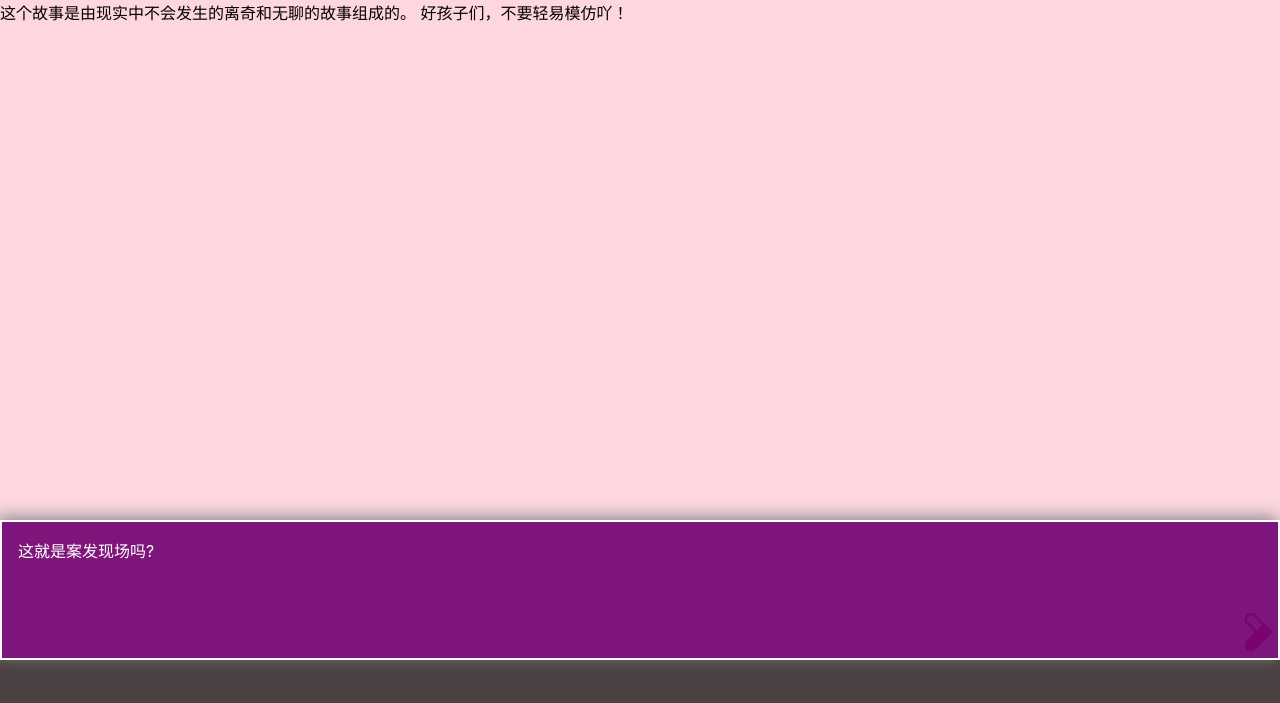
Repository: Jofali/reasoning-genius
Page: /
An editor plug-in stored every save of this project. The page is shown before and after the next save, followed by the edit.
The browser window is 1280 px wide. The pictures show the whole page.
The project was rebuilt for these pictures with package versions that can differ from the ones it lists, and the page was loaded fresh each time. Also part of the build but not shown: src/part1/part1.css, src/part1/part1.js, src/part2/part2.css, src/part2/part2.js.

Above is the page before, as saved 2019-05-22 17:21:44.

### public/index.html
<!DOCTYPE html>
<html lang="en">
  <head>
    <meta charset="utf-8" />
    <link rel="shortcut icon" href="%PUBLIC_URL%/favicon.ico" />
    <meta name="viewport" content="width=device-width, initial-scale=1" />
    <meta name="theme-color" content="#000000" />
    <!--
      manifest.json provides metadata used when your web app is installed on a
      user's mobile device or desktop. See https://developers.google.com/web/fundamentals/web-app-manifest/
    -->
    <link rel="manifest" href="%PUBLIC_URL%/manifest.json" />
    <!--
      Notice the use of %PUBLIC_URL% in the tags above.
      It will be replaced with the URL of the `public` folder during the build.
      Only files inside the `public` folder can be referenced from the HTML.

      Unlike "/favicon.ico" or "favicon.ico", "%PUBLIC_URL%/favicon.ico" will
      work correctly both with client-side routing and a non-root public URL.
      Learn how to configure a non-root public URL by running `npm run build`.
    -->
    <title>Reasoning Genius</title>
  </head>
  <body>
    <noscript>You need to enable JavaScript to run this app.</noscript>
    <div id="root"></div>
    <!--
      This HTML file is a template.
      If you open it directly in the browser, you will see an empty page.

      You can add webfonts, meta tags, or analytics to this file.
      The build step will place the bundled scripts into the <body> tag.

      To begin the development, run `npm start` or `yarn start`.
      To create a production bundle, use `npm run build` or `yarn build`.
    -->
  </body>
</html>

### src/index.css
body {
  margin: 0;
  font-family: -apple-system, BlinkMacSystemFont, "Segoe UI", "Roboto", "Oxygen",
    "Ubuntu", "Cantarell", "Fira Sans", "Droid Sans", "Helvetica Neue",
    sans-serif;
  -webkit-font-smoothing: antialiased;
  -moz-osx-font-smoothing: grayscale;
}

code {
  font-family: source-code-pro, Menlo, Monaco, Consolas, "Courier New",
    monospace;
}

#root {
  height: 100%;
}

*{
  padding: 0;
  margin: 0;
}

html,body {
  height: 100%;
}

### src/App.js
import React, { Component } from 'react';
import { CSSTransition } from 'react-transition-group';

import Part1 from './part1/part1';
import Part2 from './part2/part2';
import Title from './title/title';
import Inventory from './inventory/inventory';
import Begin from './begin/begin';

import './App.css';
import arrNext from './assets/arrnext.svg';

class App extends Component {
  constructor(props) {
    super(props);
    this.state = {
      content: <Begin />,
      arr: arrNext,
      arrStatus: "next",
      maxPartNum: 1,
      showPart: true
    };
    this.stepTo = this.stepTo.bind(this);
  }

  partNum = 0;
  timer = null;
  stepTo() {
    if(this.partNum === this.state.maxPartNum) {
      this.partNum = 0;
    } else {
      this.partNum += 1;
    }

    this.setshow(false);
    if(this.timer !== null) {
      clearTimeout(this.timer);
    }
    this.timer = setTimeout( () => {
      switch(this.partNum)
      {
        case 0:
          this.setState({ content: <Part1 /> })
          this.setState({ arrStatus: "next" });
          break;
        case 1:
          this.setState({ content: <Part2 /> })
          this.setState({ arrStatus: "prev" })
          break;
        default:
          this.setState({ content: <Begin /> })
      }
      this.setshow(true);
    }, 300);

  }

  setshow(bool) {
    this.setState({ showPart: bool })
  }

  componentDidMount() {

  }

  render() {
    return (
        <div className="App">
          <div className="arr" onClick={this.stepTo}>
            <img src={this.state.arr} className={this.state.arrStatus} alt=""/>
          </div>
          <CSSTransition
              in={this.state.showPart}
              timeout={300}
              classNames="alert"
              unmountOnExit
            >
              { this.state.content }
          </CSSTransition>
          <Title />
          <Inventory />
        </div>
    );
  }
}

export default App;

### src/title/title.js
import React from 'react';

import './title.css';
function Title() {
  const jiben = {
    begin:["这个故事是由现实中不会发生的离奇和无聊的故事组成的。", "好孩子们，", "不要轻易模仿吖！"],
    part1: {},
    part2: {},
    end: {
      'f': ["就这样，可怜的头戴内裤的男人因为冤罪被警察带走了。", "Game over."],
      't': ["就这样，真凶被警察带走了。", "Clear."]
    }
  };
  return (
    <div>
      <div className="title">
        <div className="title-content-wrap">
          这就是案发现场吗?
        </div>
      </div>
    </div>
  );
}

export default Title;

### src/inventory/inventory.js
import React from 'react';

import './inventory.css';
function Inventory() {
  return (
      <div className="inventory-content-wrap"></div>
  );
}

export default Inventory;

### src/begin/begin.js
import React from 'react';

import './title.css';
function Title() {
  return (
    <div>
      <div className="begin">
        <div className="begin-content-wrap">
          这个故事是由现实中不会发生的离奇和无聊的故事组成的。
          好孩子们，不要轻易模仿吖！
        </div>
      </div>
    </div>
  );
}

export default Title;

### src/App.css
.App {
  width: 100%;
  height: 100%;
  background: rgb(253,214,222);
  position: relative;
}

.App img {
  width: 100%;
}

.arr {
  position: fixed;
  bottom: 60px;
  right: 0;
  width: 3rem;
  z-index: 2;
}

.next {
  transform: rotate(0);
}

.prev {
  transform: rotate(180deg);
}

.arr img {
  max-width: 100%;
  transition: all .3s;
}

.alert-enter {
  opacity: 0;
}
.alert-enter-active {
  opacity: 1;
  transform: translateX(0);
  transition: opacity 300ms, transform 300ms;
}
.alert-exit {
  opacity: 1;
}
.alert-exit-active {
  opacity: 0;
  transition: opacity 300ms, transform 300ms;
}

### src/title/title.css
.title {
  position: fixed;
  width: 100%;
  height: 100%;
  z-index: 10;
  top: 0;
}

.title-content-wrap {
  width: 100%;
  height: 140px;
  position: absolute;
  bottom: 60px;
  border: 2px solid #fff;
  box-shadow: -3px -3px 15px #888888;
  background: rgba(112, 1, 112, 0.9);
  color: #fff;
  box-sizing: border-box;
  padding: 1rem;
}

### src/inventory/inventory.css
.inventory-content-wrap {
  width: 100%;
  height: 60px;
  position: absolute;
  bottom: 0;
  background: rgba(0,0,0,0.7);
  color: pink;
  box-sizing: border-box;
  padding: 1rem;
}

### src/begin/begin.css
.begin {
  width: 100%;
  height: 100%;
  background: rgb(59, 59, 59);
  color: #fff;
}

Loaded but not shown: src/index.js (common file); src/serviceWorker.js (common file)

After the next save:
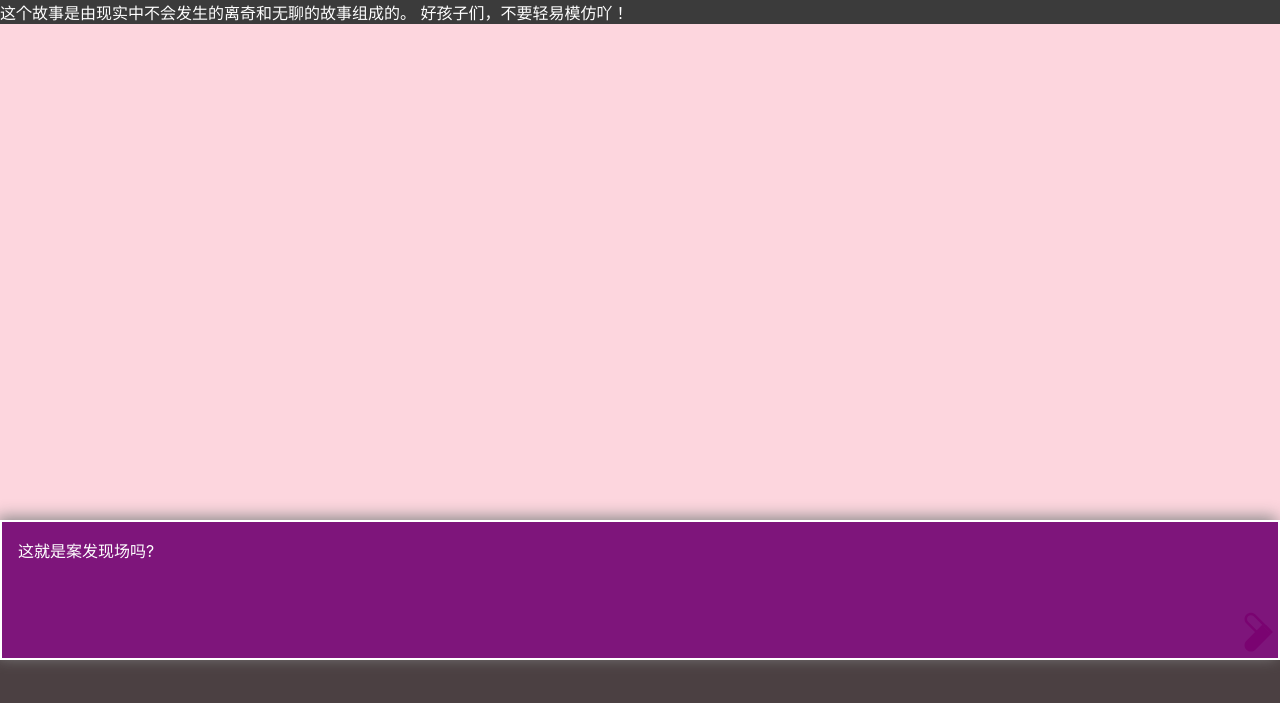
Saved 8 s later.
--- a/src/begin/begin.js
+++ b/src/begin/begin.js
@@ -1,6 +1,6 @@
 import React from 'react';
 
-import './title.css';
+import './begin.css';
 function Title() {
   return (
     <div>
